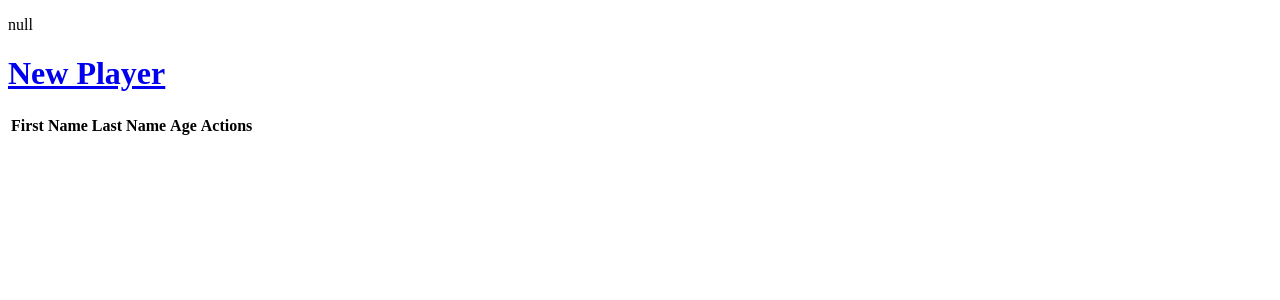
Repository: ohis/JAVAOnTheWeb
Page: http://localhost/TeamRoster/TeamInfo
These files come from the project's save history. The page is drawn as it stood at one moment and after the next save; the edit follows.
The browser window is 1280 px wide. The pictures show the whole page.
The page is served by Tomcat 9.

Above is the page before, as saved 2017-12-08 18:15:16.

After the next save:
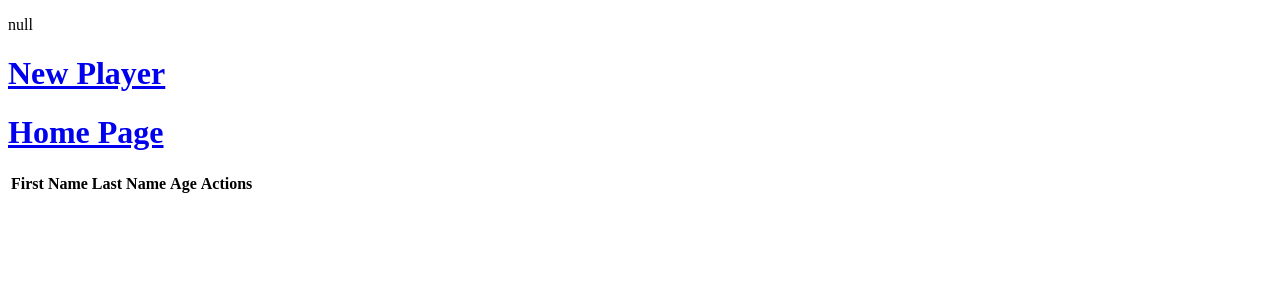
Saved 2 min 4 s later.
--- a/servlets/TeamRoster/WebContent/WEB-INF/views/TeamInfo.jsp
+++ b/servlets/TeamRoster/WebContent/WEB-INF/views/TeamInfo.jsp
@@ -11,7 +11,7 @@
     <% String t = (String)request.getSession().getAttribute("tname"); %>
        <p> <%= t %></p>
   <h1><a href="Players">New Player</a></h1>
-
+  <h1><a href="Home">Home Page</a></h1>
   <table>
    <tr>
      <th>First Name</th>
@@ -36,5 +36,6 @@
    <%} %>
    <%} %>
   </table>
+
 </body>
 </html>
